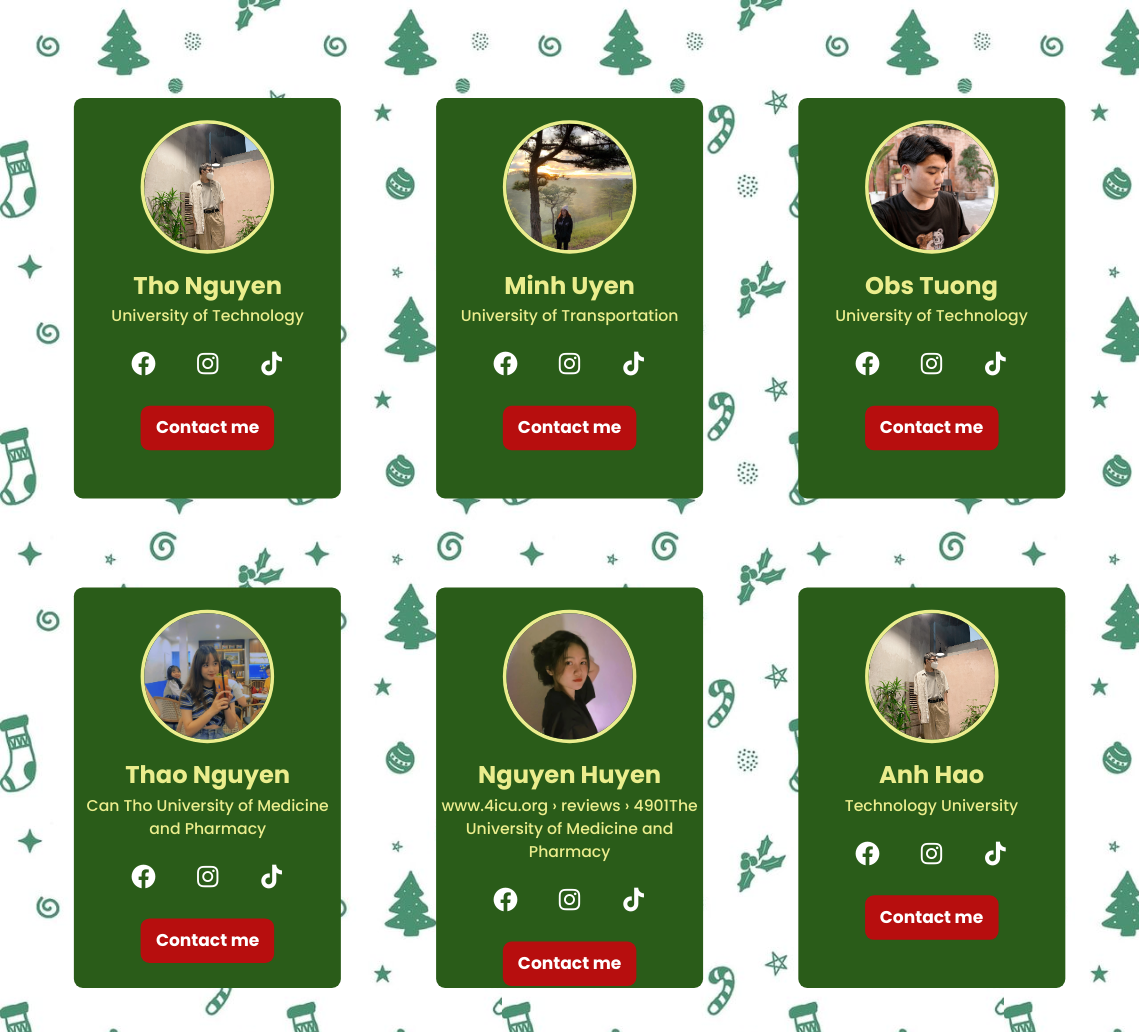
Repository: lausamtuong/profileCard
Page: index.html
The author's editor kept a copy of each file at every save. The page is drawn from the files as they stood at one save, then again after the next save.
The browser window is 1280 px wide. The pictures show the whole page, at 89% of full size.
The style sheet was rebuilt from its Sass, Less or Tailwind sources for each picture, by a compiler version that may differ from the author's.

Above is the page before, as saved 2021-12-14 19:05:24.

### index.html
<!DOCTYPE html>
<html lang="en">
<head>
    <meta charset="UTF-8">
    <meta http-equiv="X-UA-Compatible" content="IE=edge">
    <meta name="viewport" content="width=device-width, initial-scale=1.0">
    <link rel="stylesheet" href="style.css">
    <link href="https://fonts.googleapis.com/css2?family=Lato:ital,wght@1,700;1,900&family=Poppins:wght@400;500;700&display=swap" rel="stylesheet">
    <link href='https://unpkg.com/boxicons@2.1.1/css/boxicons.min.css' rel='stylesheet'>

    <title>Document</title>
</head>
<body background="snow.jpg">
    <div class="card__list">
        <div class="card__item">

            <div class="card__image">
                <img src="tho.jpg" alt="">
            </div>
            <div class="card__name">Tho Nguyen</div>
            <div class="card__school">University of Technology </div>
            <div class="card__social">
                <a href="https://www.facebook.com/profile.php?id=100013469562736">
                    <i class='bx bxl-facebook-circle'></i>
                </a>
                <a href="https://www.instagram.com/huutho_0809/"> <i class='bx bxl-instagram' ></i></a>
                <a href="https://www.tiktok.com/@05ulu05?"> <i class='bx bxl-tiktok'></i></a>

            </div>
            <div class="card__btn">Contact me</div>
        </div>
        <div class="card__item">

            <div class="card__image">
                <img src="uyen.jpg" alt="">
            </div>
            <div class="card__name">Minh Uyen</div>
            <div class="card__school">University of Transportation </div>
            <div class="card__social">
                <a href="https://www.facebook.com/minhuyen.truong.75">
                    <i class='bx bxl-facebook-circle'></i>
                </a>
                <a href="https://www.instagram.com/minh_ieng/"> <i class='bx bxl-instagram' ></i></a>
                <a href="https://www.tiktok.com/@05ulu05?"> <i class='bx bxl-tiktok'></i></a>

            </div>
            <div class="card__btn">Contact me</div>
        </div>
        <div class="card__item">

            <div class="card__image">
                <img src="tuong.jpg" alt="">
            </div>
            <div class="card__name">Obs Tuong</div>
            <div class="card__school">University of Technology</div>
            <div class="card__social">
                <a href="https://www.facebook.com/obs.tuongg">
                    <i class='bx bxl-facebook-circle'></i>
                </a>
                <a href="https://www.instagram.com/obs.tuong/"> <i class='bx bxl-instagram' ></i></a>
                <a href="https://www.tiktok.com/@05ulu05?"> <i class='bx bxl-tiktok'></i></a>

            </div>
            <div class="card__btn">Contact me</div>
        </div>
        <div class="card__item">

            <div class="card__image">
                <img src="nguyen.jpg" alt="">
            </div>
            <div class="card__name">Thao Nguyen</div>
            <div class="card__school">Can Tho University of Medicine and Pharmacy</div>
            <div class="card__social">
                <a href="https://www.facebook.com/vu.h.nguyen.507">
                    <i class='bx bxl-facebook-circle'></i>
                </a>
                <a href="https://www.instagram.com/genni_ginne/"> <i class='bx bxl-instagram' ></i></a>
                <a href="https://www.tiktok.com/@ginne_genni?"> <i class='bx bxl-tiktok'></i></a>

            </div>
            <div class="card__btn">Contact me</div>
        </div>
        <div class="card__item">

            <div class="card__image">
                <img src="huyen.jpg" alt="">
            </div>
            <div class="card__name">Nguyen Huyen</div>
            <div class="card__school">www.4icu.org › reviews › 4901The University of Medicine and Pharmacy</div>
            <div class="card__social">
                <a href="https://www.facebook.com/nguyenhuyen19502">
                    <i class='bx bxl-facebook-circle'></i>
                </a>
                <a href="https://www.instagram.com/_nguyenhuyen/"> <i class='bx bxl-instagram' ></i></a>
                <a href="https://www.tiktok.com/@nnh.19?"> <i class='bx bxl-tiktok'></i></a>
            </div>
            <div class="card__btn">Contact me</div>
        </div>
        <div class="card__item">
            <div class="card__image">
                <img src="tho.jpg" alt="">
            </div>
            <div class="card__name">Anh Hao</div>
            <div class="card__school">Technology University</div>
            <div class="card__social">
                <a href="https://www.facebook.com/anhhao.do.12">
                    <i class='bx bxl-facebook-circle'></i>
                </a>
                <a href=""> <i class='bx bxl-instagram' ></i></a>
                <a href=""> <i class='bx bxl-tiktok'></i></a>

            </div>
            <div class="card__btn">Contact me</div>
        </div>


    </div>
</body>
</html>

### style.scss
*{
    margin: 0;
    padding: 0;
    box-sizing: border-box;
}
html{
    font-family: 'Poppins', sans-serif;
}
:root {
    --pink-color: #ebed8d;
  }
body{
    height: 100vh;
  //  background-image: linear-gradient(to right, #af4d96, #3d8);
}
.card{

    &__list{
        margin: 120px auto;
      display: flex;
      flex-wrap: wrap;
      justify-content: space-around;
      margin: 60px 30px;

    }
    &__item{
        width:300px;
        height:450px;
        background-color:  #2a5c19;
        margin: 50px 20px;
        border-radius: 10px;
    }
    &__image{
        width: 150px;
        height: 150px;
        overflow: hidden;
        transition: 0.25s;
        margin: 0 auto;
        transform: translateY(25px);
        border-radius: 50%;
        border: 4px solid var(--pink-color);

        cursor: pointer;
        &:hover{
            width: 100%;
            height: 100%;
            border-radius: unset;
            border: unset;
            transform: unset;
           img{
               border-radius: 10px;
           }
             }
        }
      &__name{
          color:#ebed8d;
          font-weight: 700;
          font-size: 1.7rem;
          text-align: center;
          margin-top: 40px;
      }
      &__school{
          font-weight: 500;
          font-size: 1.1rem;
          text-align: center;
          color:var(--pink-color)
      }
      &__social{

          font-size: 2rem;
          display:flex;
          justify-content: center;
          margin:20px;
          a{
              margin: 0 20px;
              color:#fff;
          }
      }
      &__btn{
          width:150px;
          height: 50px;

          background-color:#b70e0e;
          border-radius: 10px;
          margin:0 auto;
          margin-top: 20px;
          font-weight: 700;
          font-size: 1.2rem;
          text-align: center;
            padding-top:10px;
            color:#fff;
         //   box-shadow: 2px 4px 0 0 rgb(172, 41, 41);
            cursor:pointer;
            &:hover{
                opacity:0.9;
            }
            &:active{
                transform: translateY(2px) ;
             //   box-shadow: 2px 2px 0 0 rgb(172, 41, 41);
            }
      }
    }
img{
        width: 100%;
        height: 100%;
        object-fit: cover;
        object-position: center;
    }

.card__image:hover  ~.card__name,
.card__image:hover ~.card__school,
.card__image:hover ~.card__social,
.card__image:hover ~.card__btn
{
    display:none;
}

After the next save:
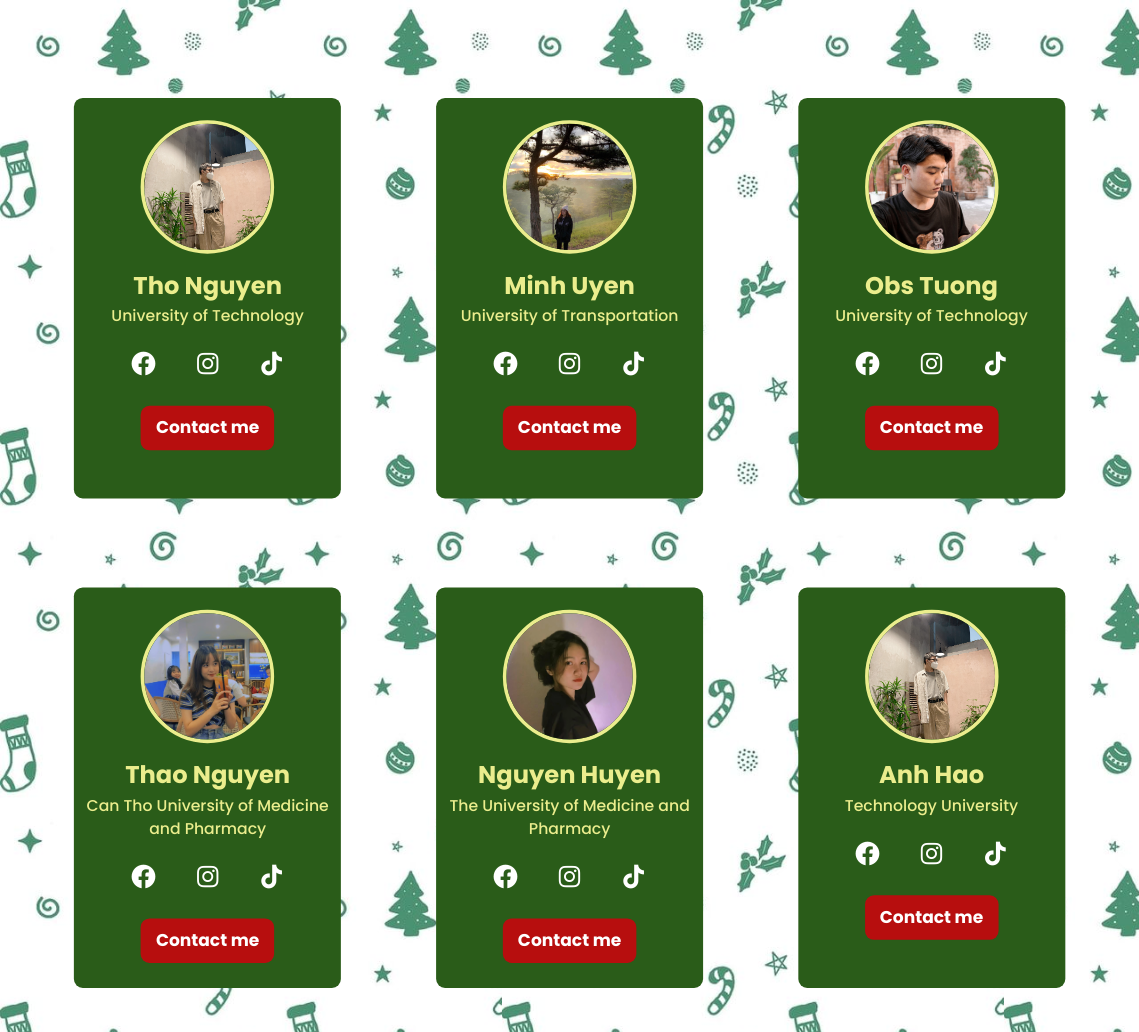
Saved 11 s later.
--- a/index.html
+++ b/index.html
@@ -86,7 +86,7 @@
                 <img src="huyen.jpg" alt="">
             </div>
             <div class="card__name">Nguyen Huyen</div>
-            <div class="card__school">www.4icu.org › reviews › 4901The University of Medicine and Pharmacy</div>
+            <div class="card__school">The University of Medicine and Pharmacy</div>
             <div class="card__social">
                 <a href="https://www.facebook.com/nguyenhuyen19502">
                     <i class='bx bxl-facebook-circle'></i>
